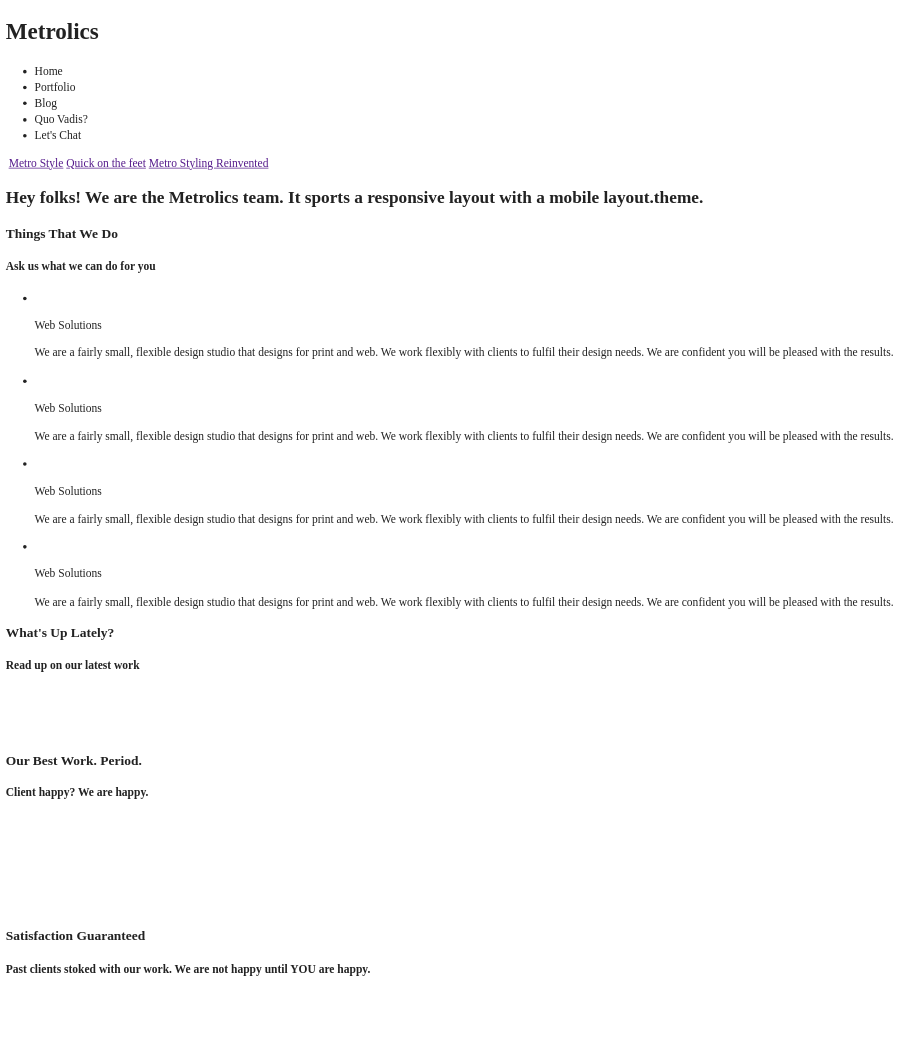
Repository: kaitlynlew/Lab02-Metrolics
Page: index.html
An editor plug-in stored every save of this project. The page is shown before and after the next save, followed by the edit.
The browser window is 1280 px wide. The pictures show the whole page, at 72% of full size.

Above is the page before, as saved 2025-01-22 15:21:01.

After the next save:
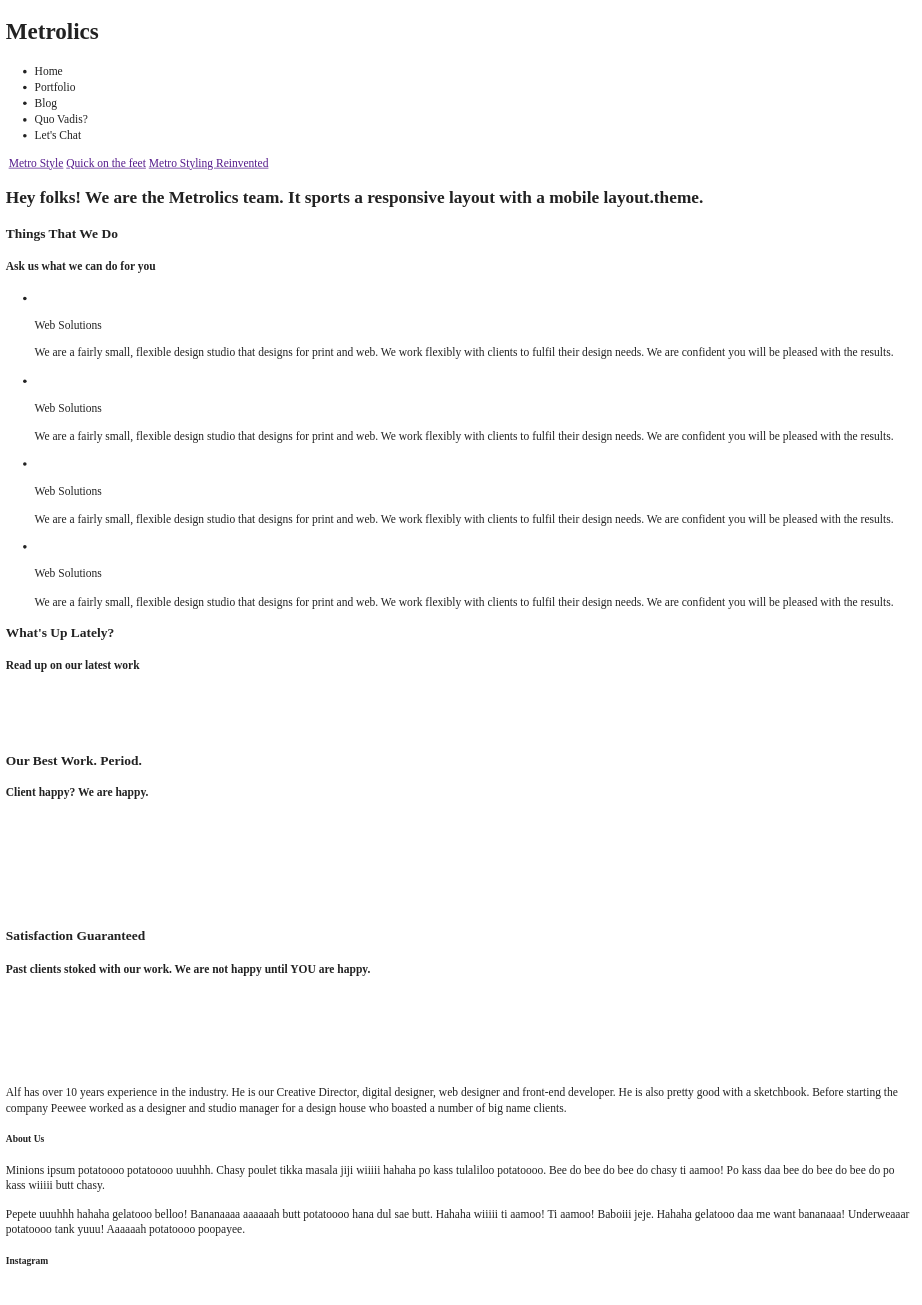
Saved 18 s later.
--- a/index.html
+++ b/index.html
@@ -107,6 +107,24 @@
   </div>
 </section>
 
+<footer>
+  <div>
+      <img>
+      <p>Alf has over 10 years experience in the industry. He is our Creative Director, digital designer, web designer and front-end developer. He is also pretty good with a sketchbook. Before starting the company Peewee worked as a designer and studio manager for a design house who boasted a number of big name clients.</p>
+  </div>
+  <section>
+      <section>
+          <h5 class="footer-section__heading">About Us</h5>
+          <p>Minions ipsum potatoooo potatoooo uuuhhh. Chasy poulet tikka masala jiji wiiiii hahaha po kass tulaliloo potatoooo. Bee do bee do bee do chasy ti aamoo! Po kass daa bee do bee do bee do po kass wiiiii butt chasy. </p>
+          <p>Pepete uuuhhh hahaha gelatooo belloo! Bananaaaa aaaaaah butt potatoooo hana dul sae butt. Hahaha wiiiii ti aamoo! Ti aamoo! Baboiii jeje. Hahaha gelatooo daa me want bananaaa! Underweaaar potatoooo tank yuuu! Aaaaaah potatoooo poopayee. </p>
+      </section>
+      <section>
+          <h5 class="footer-section__heading">Instagram</h5>
+          <img>
+      </section>
+  </section>
+</footer>
+
   <script src="js/app.js"></script>
 
 </body>
